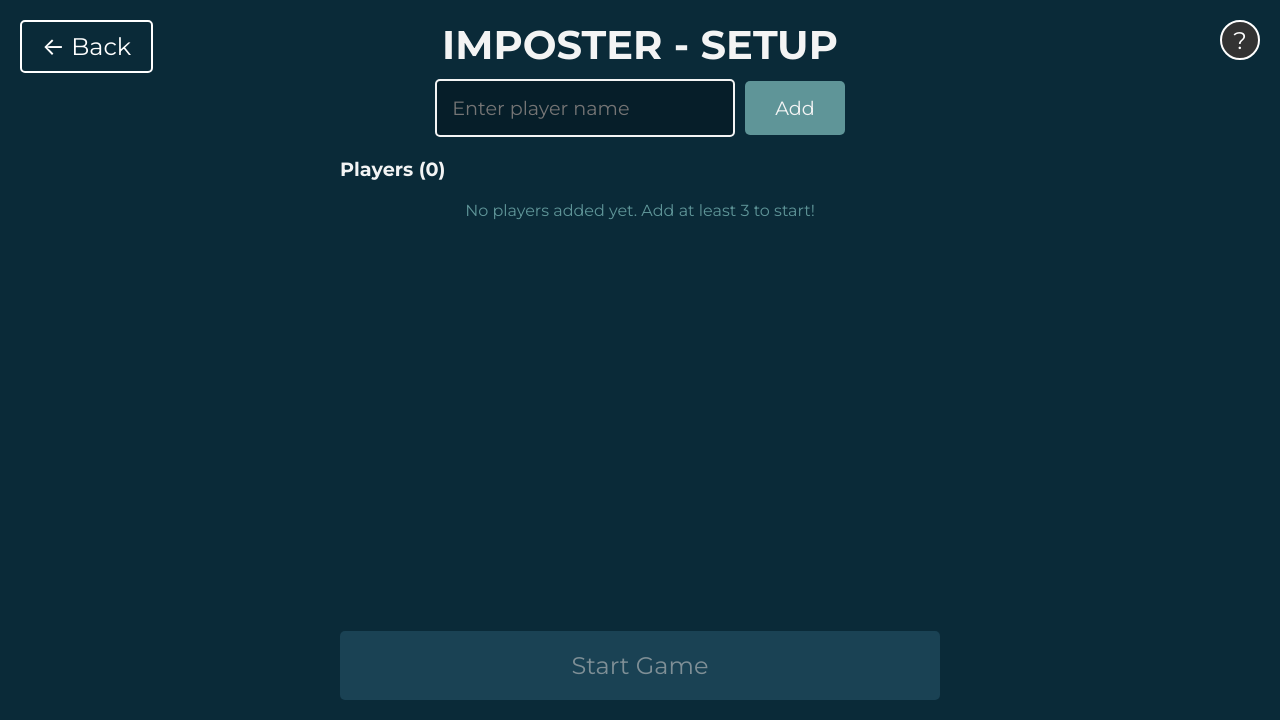
Repository: nfemmanuel/game-night-app
Page: /imposter-reveal
These files come from the project's save history. The page is drawn as it stood at one moment and after the next save; the edit follows.
The browser window is 1280 px wide. The pictures show the whole page.
The project was rebuilt for these pictures with package versions that can differ from the ones it lists, and the page was loaded fresh each time. Also part of the build but not shown: src/components/GameCard.module.css, src/components/GameCard.jsx, src/components/ModeSelector.jsx, src/components/SettingsButton.jsx, src/components/SocialButton.jsx, src/pages/LandingPage.jsx, src/data/wordList.js, src/pages/imposter/ImposterReveal.jsx and 1 more.

Above is the page before, as saved 2026-01-03 23:51:08.

### public/index.html
<!DOCTYPE html>
<html lang="en">

<head>
  <meta charset="utf-8" />
  <link rel="icon" href="%PUBLIC_URL%/favicon.ico" />
  <link rel="preconnect" href="https://fonts.googleapis.com">
  <link rel="preconnect" href="https://fonts.gstatic.com" crossorigin>
  <link href="https://fonts.googleapis.com/css2?family=Montserrat:wght@400;600;700&display=swap" rel="stylesheet">
  <meta name="viewport" content="width=device-width, initial-scale=1, maximum-scale=1, user-scalable=no" />
  <meta name="theme-color" content="#000000" />
  <meta name="description" content="Web site created using create-react-app" />
  <link rel="apple-touch-icon" href="%PUBLIC_URL%/logo192.png" />
  <!--
      manifest.json provides metadata used when your web app is installed on a
      user's mobile device or desktop. See https://developers.google.com/web/fundamentals/web-app-manifest/
    -->
  <link rel="manifest" href="%PUBLIC_URL%/manifest.json" />
  <!--
      Notice the use of %PUBLIC_URL% in the tags above.
      It will be replaced with the URL of the `public` folder during the build.
      Only files inside the `public` folder can be referenced from the HTML.

      Unlike "/favicon.ico" or "favicon.ico", "%PUBLIC_URL%/favicon.ico" will
      work correctly both with client-side routing and a non-root public URL.
      Learn how to configure a non-root public URL by running `npm run build`.
    -->
  <title>NF's Game Night</title>
</head>

<body>
  <noscript>You need to enable JavaScript to run this app.</noscript>
  <div id="root"></div>
  <!--
      This HTML file is a template.
      If you open it directly in the browser, you will see an empty page.

      You can add webfonts, meta tags, or analytics to this file.
      The build step will place the bundled scripts into the <body> tag.

      To begin the development, run `npm start` or `yarn start`.
      To create a production bundle, use `npm run build` or `yarn build`.
    -->
</body>

</html>

### src/index.js
import React from 'react';
import ReactDOM from 'react-dom/client';
import './styles/global.css';
import App from './App';
import { ThemeProvider } from './contexts/ThemeContext';

const root = ReactDOM.createRoot(document.getElementById('root'));
root.render(
  <React.StrictMode>
    <ThemeProvider>
      <App />
    </ThemeProvider>
  </React.StrictMode>
);

### src/styles/global.css
* {
    margin: 0;
    padding: 0;
    box-sizing: border-box;
}

body {
    font-family: 'Montserrat', -apple-system, BlinkMacSystemFont, 'Segoe UI', 'Roboto', 'Oxygen',
        'Ubuntu', 'Cantarell', 'Fira Sans', 'Droid Sans', 'Helvetica Neue',
        sans-serif;
    -webkit-font-smoothing: antialiased;
    -moz-osx-font-smoothing: grayscale;
    color: white;
    overflow-x: hidden;
}

button {
    font-family: inherit;
    border: none;
    border-radius: 5px;
    cursor: pointer;
}

.page-title {
    font-size: 2.5rem;
}

/* Mobile optimizations */
@media (max-width: 768px) {
    .page-title {
        font-size: 2rem !important;
    }
}

@media (max-width: 480px) {
    .page-title {
        font-size: 1.5rem !important;
    }
}

/* Slide animations for page transitions */
@keyframes slide-in-left {
    from {
        transform: translateX(100%);
        opacity: 0;
    }

    to {
        transform: translateX(0);
        opacity: 1;
    }
}

@keyframes slide-in-right {
    from {
        transform: translateX(-100%);
        opacity: 0;
    }

    to {
        transform: translateX(0);
        opacity: 1;
    }
}

@keyframes slideInLeft {
    from {
        transform: translateX(-100%);
    }

    to {
        transform: translateX(0);
    }
}

### src/contexts/ThemeContext.jsx
import { createContext, useContext, useState } from 'react';

const themes = {
  dark: {
    // Your palette
    primary: '#061E29',
    secondary: '#1D546D',
    tertiary: '#5F9598',
    light: '#F3F4F4',

    // Backgrounds
    bgDark: '#061E29',
    bgMedium: '#0A2A38',
    bgLight: '#1D546D',

    // Text
    textPrimary: '#F3F4F4',
    textSecondary: '#5F9598',
    textDisabled: '#2A5A70',

    // Accents
    accent: '#5F9598',
    accentHover: '#7AB5B8',

    // Semantic
    success: '#5F9598',
    danger: '#D96459',
    warning: '#E8A87C',

    // Card colors (alternating)
    cardColor1: '#5F9598',
    cardColor2: '#1D546D'
  },

  light: {
    primary: '#F3F4F4',
    secondary: '#E8EEF0',
    tertiary: '#5F9598',
    dark: '#061E29',

    bgDark: '#FFFFFF',
    bgMedium: '#F3F4F4',
    bgLight: '#E8EEF0',

    textPrimary: '#061E29',
    textSecondary: '#1D546D',
    textDisabled: '#B0C4C8',

    accent: '#1D546D',
    accentHover: '#2A6B8A',

    success: '#5F9598',
    danger: '#D96459',
    warning: '#E8A87C',

    cardColor1: '#1D546D',
    cardColor2: '#5F9598'
  }
};

const ThemeContext = createContext();

export function ThemeProvider({ children }) {
  const [currentTheme, setCurrentTheme] = useState('dark');

  const theme = themes[currentTheme];

  const toggleTheme = () => {
    setCurrentTheme(prev => prev === 'dark' ? 'light' : 'dark');
  };

  return (
    <ThemeContext.Provider value={{ theme, currentTheme, toggleTheme, themes }}>
      {children}
    </ThemeContext.Provider>
  );
}

export function useTheme() {
  const context = useContext(ThemeContext);
  if (!context) {
    throw new Error('useTheme must be used within ThemeProvider');
  }
  return context;
}

### src/pages/imposter/ImposterSetup.jsx
import { useState } from 'react';
import BackButton from '../../components/BackButton';
import HelpButton from '../../components/HelpButton';
import { useNavigate, useLocation } from 'react-router-dom';
import { DndContext, closestCenter } from '@dnd-kit/core';
import { arrayMove, SortableContext, verticalListSortingStrategy, useSortable } from '@dnd-kit/sortable';
import { CSS } from '@dnd-kit/utilities';
import { useTheme } from '../../contexts/ThemeContext';

// Sortable Item Component
function SortablePlayer({ id, player, index, onRemove, theme }) {
    const {
        attributes,
        listeners,
        setNodeRef,
        transform,
        transition,
        isDragging
    } = useSortable({ id: id });

    const style = {
        transform: CSS.Transform.toString(transform),
        transition,
        fontSize: '1.3rem',
        margin: '15px 0',
        display: 'flex',
        alignItems: 'center',
        justifyContent: 'space-between',
        backgroundColor: isDragging ? theme.bgLight : theme.bgDark,
        padding: '10px 20px',
        borderRadius: '10px',
        cursor: 'grab',
        userSelect: 'none',
        opacity: isDragging ? 0.5 : 1,
        border: `2px solid ${theme.secondary}`
    };

    return (
        <li ref={setNodeRef} style={style} {...attributes} {...listeners}>
            <span style={{ color: theme.textPrimary }}>
                <span style={{ marginRight: '10px', color: theme.textSecondary }}>☰</span>
                {index + 1}. {player}
            </span>
            <button
                onClick={(e) => {
                    e.stopPropagation();
                    onRemove();
                }}
                style={{
                    padding: '5px 15px',
                    backgroundColor: theme.danger,
                    color: theme.textPrimary,
                    cursor: 'pointer',
                    border: 'none',
                    borderRadius: '5px'
                }}
            >
                ✕
            </button>
        </li>
    );
}

function ImposterSetup() {
    const navigate = useNavigate();
    const location = useLocation();
    const { theme } = useTheme();

    const [playerName, setPlayerName] = useState('');
    const [players, setPlayers] = useState(location.state?.players || []);

    const addPlayer = () => {
        if (playerName.trim()) {
            setPlayers([...players, playerName.trim()]);
            setPlayerName('');
        }
    };

    const removePlayer = (indexToRemove) => {
        setPlayers(players.filter((_, index) => index !== indexToRemove));
    };

    const resetPlayers = () => {
        setPlayers([]);
    };

    const handleKeyPress = (e) => {
        if (e.key === 'Enter') {
            addPlayer();
        }
    };

    const handleDragEnd = (event) => {
        const { active, over } = event;

        if (active && over && active.id !== over.id) {
            setPlayers((items) => {
                const oldIndex = parseInt(active.id);
                const newIndex = parseInt(over.id);
                return arrayMove(items, oldIndex, newIndex);
            });
        }
    };

    const startGame = () => {
        navigate('/imposter-reveal', {
            state: { players }
        });
    };

    return (
        <div style={{
            padding: '20px',
            minHeight: '100vh',
            display: 'flex',
            flexDirection: 'column',
            boxSizing: 'border-box',
            backgroundColor: theme.bgMedium,
            color: theme.textPrimary
        }}>
            <BackButton to="/" />
            <HelpButton />

            {/* SECTION 1: Title */}
            <div style={{
                textAlign: 'center',
                paddingBottom: '10px',
                flexShrink: 0
            }}>
                <h1 className="page-title">IMPOSTER - SETUP</h1>
            </div>

            {/* SECTION 2: Input Section */}
            <div style={{
                textAlign: 'center',
                paddingBottom: '20px',
                flexShrink: 0
            }}>
                <input
                    type="text"
                    value={playerName}
                    onChange={(e) => setPlayerName(e.target.value)}
                    onKeyPress={handleKeyPress}
                    placeholder="Enter player name"
                    style={{
                        padding: '15px',
                        fontSize: '1.2rem',
                        borderRadius: '5px',
                        border: `2px solid ${theme.light}`,
                        width: '300px',
                        marginRight: '10px',
                        fontFamily: 'inherit',
                        backgroundColor: theme.bgDark,
                        color: theme.textPrimary,
                    }}
                />
                <button
                    onClick={addPlayer}
                    style={{
                        padding: '15px 30px',
                        fontSize: '1.2rem',
                        backgroundColor: theme.accent,
                        color: theme.textPrimary
                    }}
                >
                    Add
                </button>

                <div style={{
                    display: 'flex',
                    justifyContent: 'space-between',
                    alignItems: 'center',
                    marginTop: '20px',
                    maxWidth: '600px',
                    margin: '20px auto 0'
                }}>
                    <div style={{ fontSize: '1.2rem', fontWeight: 'bold', color: theme.textPrimary }}>
                        Players ({players.length})
                    </div>
                    {players.length > 0 && (
                        <button
                            onClick={resetPlayers}
                            style={{
                                padding: '10px 20px',
                                fontSize: '1rem',
                                backgroundColor: theme.danger,
                                color: theme.textPrimary,
                                cursor: 'pointer'
                            }}
                        >
                            Reset All
                        </button>
                    )}
                </div>
            </div>

            {/* SECTION 3: Player List (Scrollable) + Start Button */}
            <div style={{
                flex: 1,
                display: 'flex',
                flexDirection: 'column',
                minHeight: 0,
                maxWidth: '600px',
                margin: '0 auto',
                width: '100%'
            }}>
                {/* Scrollable Player List */}
                <div style={{
                    flex: 1,
                    overflowY: 'auto',
                    marginBottom: '20px',
                    minHeight: 0
                }}>
                    {players.length === 0 ? (
                        <p style={{ color: theme.textSecondary, textAlign: 'center' }}>
                            No players added yet. Add at least 3 to start!
                        </p>
                    ) : (
                        <DndContext collisionDetection={closestCenter} onDragEnd={handleDragEnd}>
                            <SortableContext items={players.map((_, i) => i.toString())} strategy={verticalListSortingStrategy}>
                                <ul style={{ listStyle: 'none', padding: 0, margin: 0 }}>
                                    {players.map((player, index) => (
                                        <SortablePlayer
                                            key={index}
                                            id={index.toString()}
                                            player={player}
                                            index={index}
                                            onRemove={() => removePlayer(index)}
                                            theme={theme}
                                        />
                                    ))}
                                </ul>
                            </SortableContext>
                        </DndContext>
                    )}
                </div>

                {/* Fixed Start Button */}
                <footer style={{ flexShrink: 0 }}>
                    <button
                        onClick={startGame}
                        disabled={players.length < 3}
                        style={{
                            padding: '20px 40px',
                            fontSize: '1.5rem',
                            backgroundColor: players.length >= 3 ? theme.success : theme.textDisabled,
                            color: theme.textPrimary,
                            cursor: players.length >= 3 ? 'pointer' : 'not-allowed',
                            opacity: players.length >= 3 ? 1 : 0.5,
                            width: '100%'
                        }}
                    >
                        Start Game
                    </button>
                </footer>
            </div>
        </div>
    );
}

export default ImposterSetup;

### src/components/BackButton.jsx
import { useNavigate, useLocation } from 'react-router-dom';

function BackButton({ to = '/', preserveState = false }) {
    const navigate = useNavigate();
    const location = useLocation();

    const handleBack = () => {
        if (preserveState && location.state) {
            // Pass along any state (like players list)
            navigate(to, { state: location.state });
        } else {
            navigate(to);
        }
    };

    return (
        <button
            onClick={handleBack}
            className="back-button"
            style={{
                position: 'fixed',
                top: '20px',
                left: '20px',
                padding: '10px 20px',
                fontSize: '1.5rem',
                backgroundColor: 'transparent',
                border: '2px solid white',
                color: 'white',
                cursor: 'pointer',
                borderRadius: '5px',
                zIndex: 1000
            }}
        >
            ← Back
        </button>
    );
}

export default BackButton;

### src/components/HelpButton.jsx
import { useState } from 'react';

function HelpButton() {
    const [showHelp, setShowHelp] = useState(false);

    return (
        <div
            className="help-button-container"
            style={{
                position: 'fixed',
                top: '20px',
                right: '20px',
                zIndex: 1000
            }}
            onMouseEnter={() => setShowHelp(true)}
            onMouseLeave={() => setShowHelp(false)}
        >
            <div
                className="help-button"
                style={{
                    width: '40px',
                    height: '40px',
                    borderRadius: '50%',
                    border: '2px solid white',
                    color: 'white',
                    fontSize: '1.5rem',
                    display: 'flex',
                    alignItems: 'center',
                    justifyContent: 'center',
                    cursor: 'pointer',
                    backgroundColor: '#333'
                }}
            >
                ?
            </div>

            {showHelp && (
                <div
                    style={{
                        position: 'absolute',
                        top: '50px',
                        right: '0',
                        backgroundColor: '#222',
                        border: '2px solid white',
                        borderRadius: '10px',
                        padding: '20px',
                        width: '300px',
                        maxWidth: '90vw',
                        textAlign: 'left',
                        fontSize: '0.9rem',
                        lineHeight: '1.5'
                    }}
                >
                    <h3 style={{ marginTop: 0, marginBottom: '10px', fontSize: '1.1rem' }}>
                        How to Play Imposter
                    </h3>
                    <ol style={{ paddingLeft: '20px', margin: 0 }}>
                        <li>Add 3+ player names</li>
                        <li>One random player is secretly the imposter</li>
                        <li>Everyone else sees the same secret word</li>
                        <li>Pass the phone around - each player holds the card to see their word</li>
                        <li>The imposter sees "You're the imposter. Shh!"</li>
                        <li>After everyone has seen their card, discuss and guess who the imposter is</li>
                        <li>Vote for the imposter or skip to reveal</li>
                    </ol>
                </div>
            )}
        </div>
    );
}

export default HelpButton;

Loaded but not shown: src/App.js (21 lines, source omitted)

After the next save:
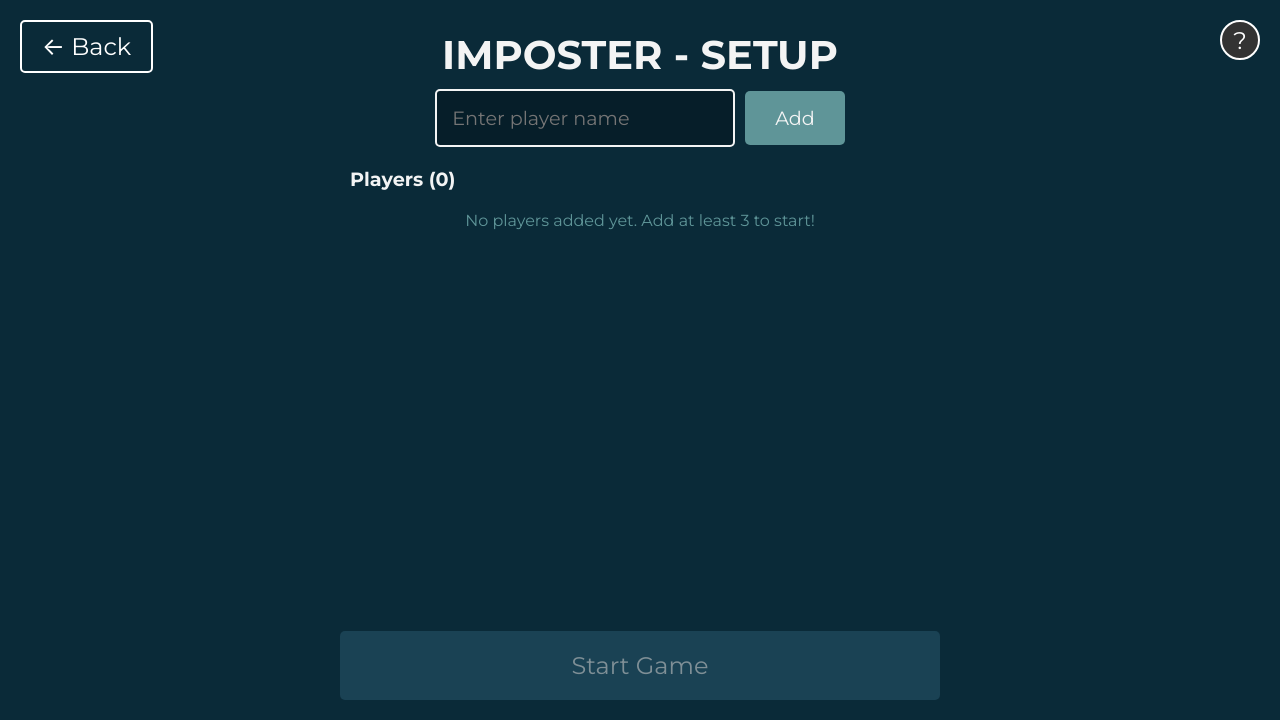
Saved 17 min 8 s later.
--- a/src/pages/imposter/ImposterSetup.jsx
+++ b/src/pages/imposter/ImposterSetup.jsx
@@ -69,6 +69,8 @@
     const [playerName, setPlayerName] = useState('');
     const [players, setPlayers] = useState(location.state?.players || []);
 
+    const isMobile = window.innerWidth <= 768;
+
     const addPlayer = () => {
         if (playerName.trim()) {
             setPlayers([...players, playerName.trim()]);
@@ -119,13 +121,14 @@
             color: theme.textPrimary
         }}>
             <BackButton to="/" />
-            <HelpButton />
+            <HelpButton helpText="Add at least 3 players, then start the game. One player will be randomly selected as the imposter!" />
 
             {/* SECTION 1: Title */}
             <div style={{
                 textAlign: 'center',
                 paddingBottom: '10px',
-                flexShrink: 0
+                flexShrink: 0,
+                marginTop: isMobile ? '50px' : '10px'
             }}>
                 <h1 className="page-title">IMPOSTER - SETUP</h1>
             </div>
@@ -136,35 +139,39 @@
                 paddingBottom: '20px',
                 flexShrink: 0
             }}>
-                <input
-                    type="text"
-                    value={playerName}
-                    onChange={(e) => setPlayerName(e.target.value)}
-                    onKeyPress={handleKeyPress}
-                    placeholder="Enter player name"
-                    style={{
-                        padding: '15px',
-                        fontSize: '1.2rem',
-                        borderRadius: '5px',
-                        border: `2px solid ${theme.light}`,
-                        width: '300px',
-                        marginRight: '10px',
-                        fontFamily: 'inherit',
-                        backgroundColor: theme.bgDark,
-                        color: theme.textPrimary,
-                    }}
-                />
-                <button
-                    onClick={addPlayer}
-                    style={{
-                        padding: '15px 30px',
-                        fontSize: '1.2rem',
-                        backgroundColor: theme.accent,
-                        color: theme.textPrimary
-                    }}
-                >
-                    Add
-                </button>
+                <div style={{ display: 'flex', justifyContent: 'center', alignItems: 'center', flexWrap: 'wrap', gap: '10px' }}>
+                    <input
+                        type="text"
+                        value={playerName}
+                        onChange={(e) => setPlayerName(e.target.value)}
+                        onKeyPress={handleKeyPress}
+                        placeholder="Enter player name"
+                        style={{
+                            padding: isMobile ? '12px' : '15px',
+                            fontSize: isMobile ? '1rem' : '1.2rem',
+                            borderRadius: '5px',
+                            border: `2px solid ${theme.light}`,
+                            width: isMobile ? 'calc(100% - 20px)' : '300px',
+                            maxWidth: isMobile ? '300px' : '300px',
+                            fontFamily: 'inherit',
+                            backgroundColor: theme.bgDark,
+                            color: theme.textPrimary,
+                        }}
+                    />
+                    <button
+                        onClick={addPlayer}
+                        style={{
+                            padding: isMobile ? '12px 24px' : '15px 30px',
+                            fontSize: isMobile ? '1rem' : '1.2rem',
+                            backgroundColor: theme.accent,
+                            color: theme.textPrimary,
+                            width: isMobile ? 'calc(100% - 20px)' : 'auto',
+                            maxWidth: isMobile ? '300px' : 'none'
+                        }}
+                    >
+                        Add
+                    </button>
+                </div>
 
                 <div style={{
                     display: 'flex',
@@ -172,9 +179,10 @@
                     alignItems: 'center',
                     marginTop: '20px',
                     maxWidth: '600px',
-                    margin: '20px auto 0'
+                    margin: '20px auto 0',
+                    padding: '0 10px'
                 }}>
-                    <div style={{ fontSize: '1.2rem', fontWeight: 'bold', color: theme.textPrimary }}>
+                    <div style={{ fontSize: isMobile ? '1rem' : '1.2rem', fontWeight: 'bold', color: theme.textPrimary }}>
                         Players ({players.length})
                     </div>
                     {players.length > 0 && (
@@ -182,7 +190,7 @@
                             onClick={resetPlayers}
                             style={{
                                 padding: '10px 20px',
-                                fontSize: '1rem',
+                                fontSize: isMobile ? '0.9rem' : '1rem',
                                 backgroundColor: theme.danger,
                                 color: theme.textPrimary,
                                 cursor: 'pointer'
@@ -212,7 +220,7 @@
                     minHeight: 0
                 }}>
                     {players.length === 0 ? (
-                        <p style={{ color: theme.textSecondary, textAlign: 'center' }}>
+                        <p style={{ color: theme.textSecondary, textAlign: 'center', padding: '0 20px' }}>
                             No players added yet. Add at least 3 to start!
                         </p>
                     ) : (
@@ -241,8 +249,8 @@
                         onClick={startGame}
                         disabled={players.length < 3}
                         style={{
-                            padding: '20px 40px',
-                            fontSize: '1.5rem',
+                            padding: isMobile ? '15px 30px' : '20px 40px',
+                            fontSize: isMobile ? '1.2rem' : '1.5rem',
                             backgroundColor: players.length >= 3 ? theme.success : theme.textDisabled,
                             color: theme.textPrimary,
                             cursor: players.length >= 3 ? 'pointer' : 'not-allowed',
